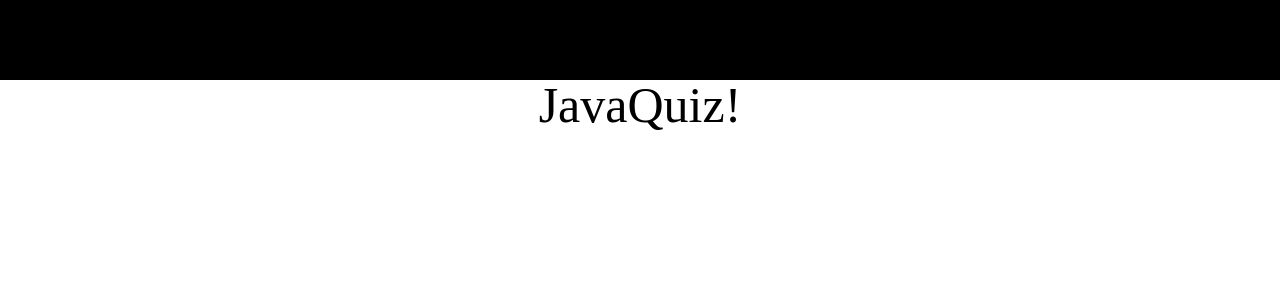
Repository: Pauldan1988/timed-quiz
Page: index.html
The author's editor kept a copy of each file at every save. The page is drawn from the files as they stood at one save, then again after the next save.
The browser window is 1280 px wide. The pictures show the whole page.

Above is the page before, as saved 2023-01-15 12:17:16.

After the next save:
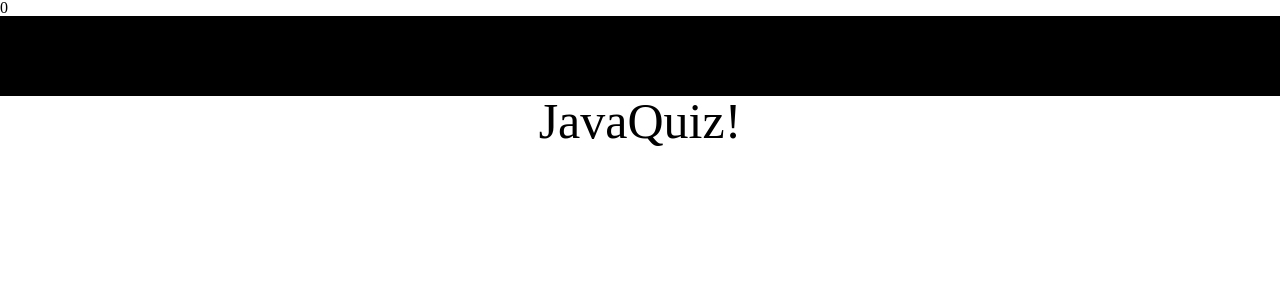
Saved 6 s later.
--- a/assets/script.js
+++ b/assets/script.js
@@ -36,7 +36,7 @@
         }
     })
 }
-startTimer
+startTimer()
 
 
 
